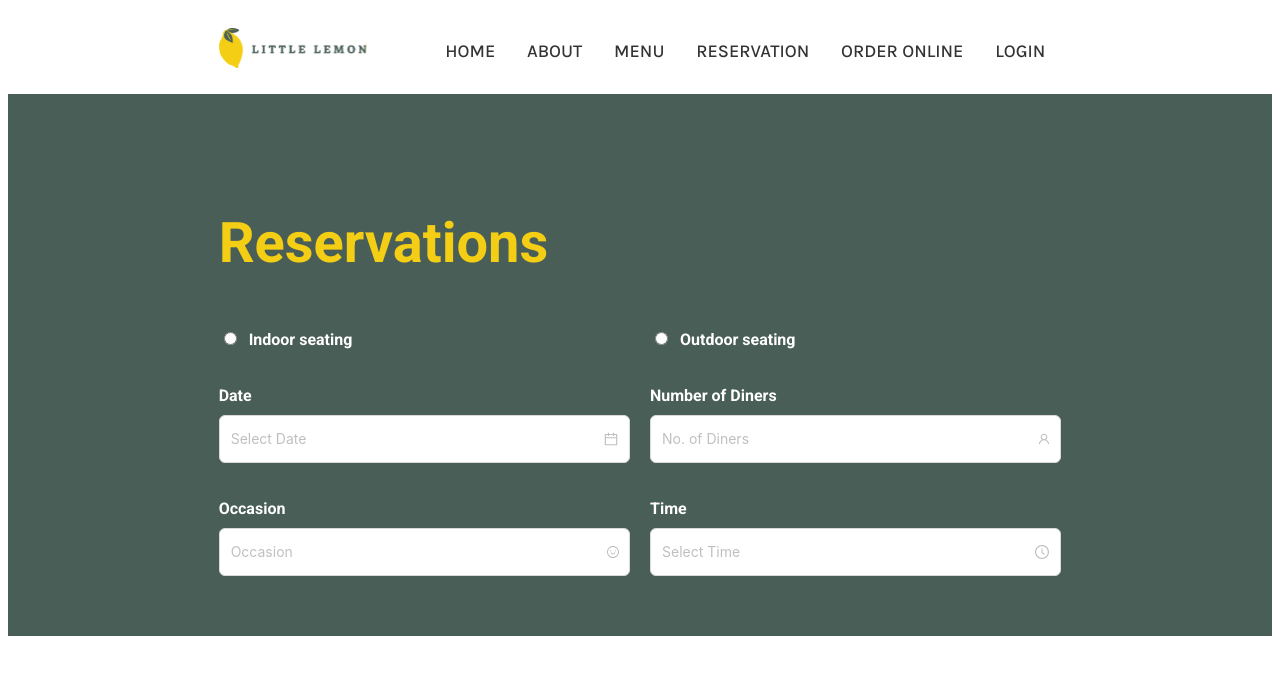
Repository: Yeshwanth-189/little-lemon
Page: /reservation (app in little-lemon/)
The author's editor kept a copy of each file at every save. The page is drawn from the files as they stood at one save, then again after the next save.
The browser window is 1280 px wide. The pictures show the whole page.
The project was rebuilt for these pictures with package versions that can differ from the ones it lists, and the page was loaded fresh each time. Also part of the build but not shown: little-lemon/src/index.css, little-lemon/src/components/Hero/Hero.css, little-lemon/src/components/Hero/Hero.jsx, little-lemon/src/components/Specials/Specials.css, little-lemon/src/components/Specials/Specials.jsx, little-lemon/src/components/Testimonials/Testimonials.css, little-lemon/src/components/Testimonials/Testimonials.jsx, little-lemon/src/components/About/About.css and 3 more.

Above is the page before, as saved 2025-04-26 22:42:49.

After the next save:
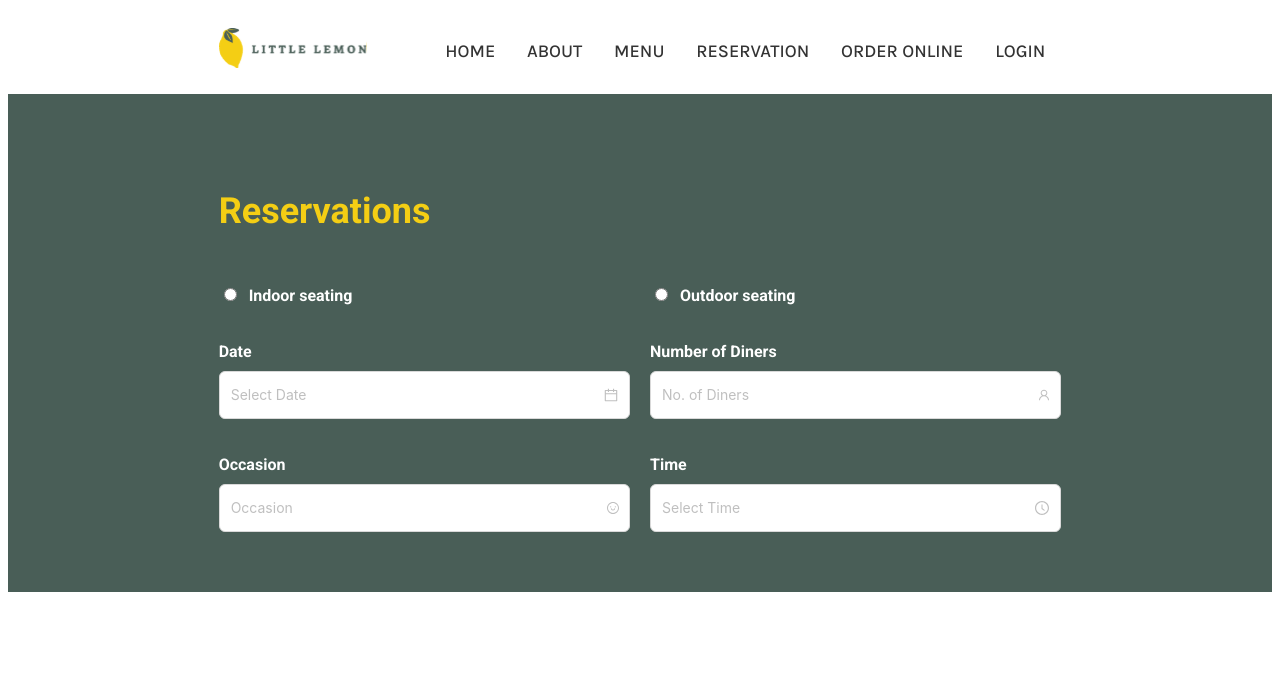
Saved 14 s later.
--- a/little-lemon/src/components/Reservation/Reservation.css
+++ b/little-lemon/src/components/Reservation/Reservation.css
@@ -10,7 +10,7 @@
   color: white;
 }
 .reservation-heading {
-  font-size: 56px;
+  font-size: 36px;
   margin-bottom: 2%;
   color: #f4ce14;
   font-family: "roboto", sans-serif;
